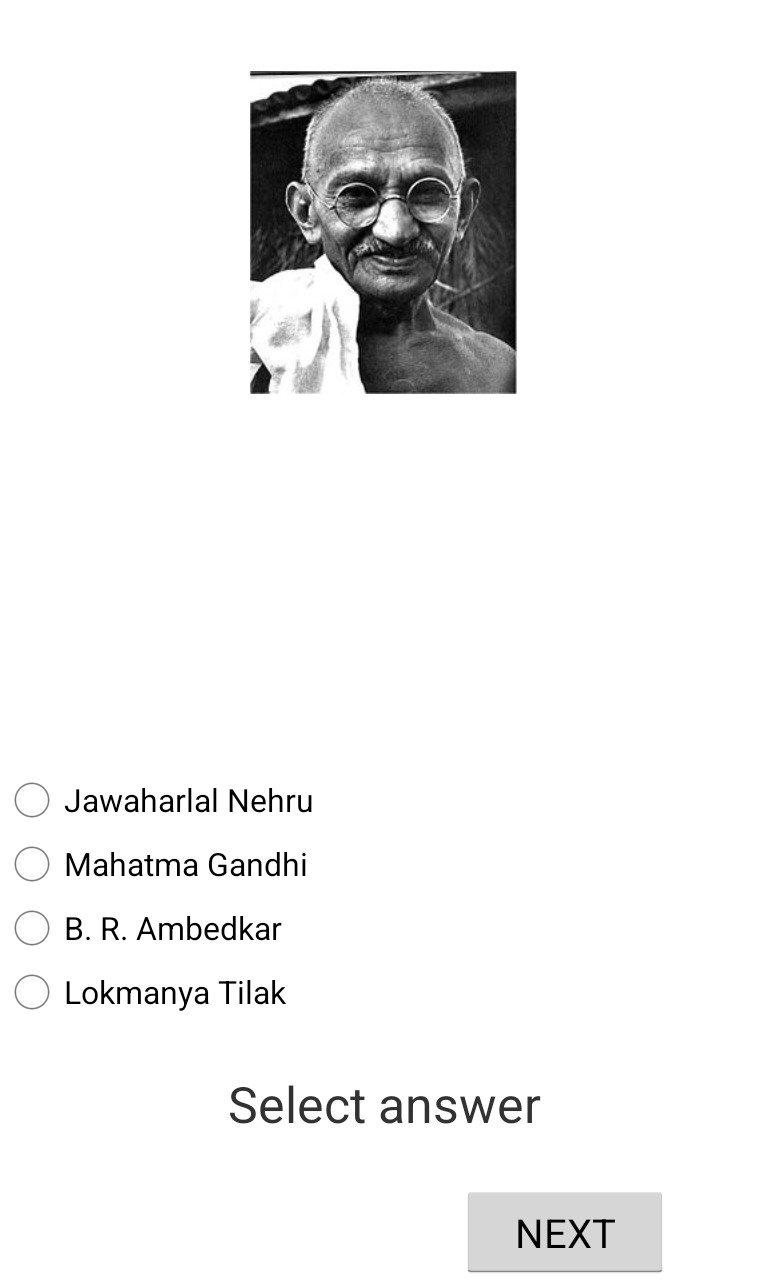
Repository: rupaligarje123/aakash
Layout: androidphotoquiz/FunChem1/photoquiz/res/layout/que4.xml
The author's editor kept a copy of each file at every save. The layout is drawn from the files as they stood at one save, then again after a run of saves.
It is drawn on a 768 x 1280 px phone screen (xhdpi) without system bars, with theme AppTheme; the app's code is not run.

Above is the layout before, as saved 2013-04-18 10:29:56.

After the next 2 saves:
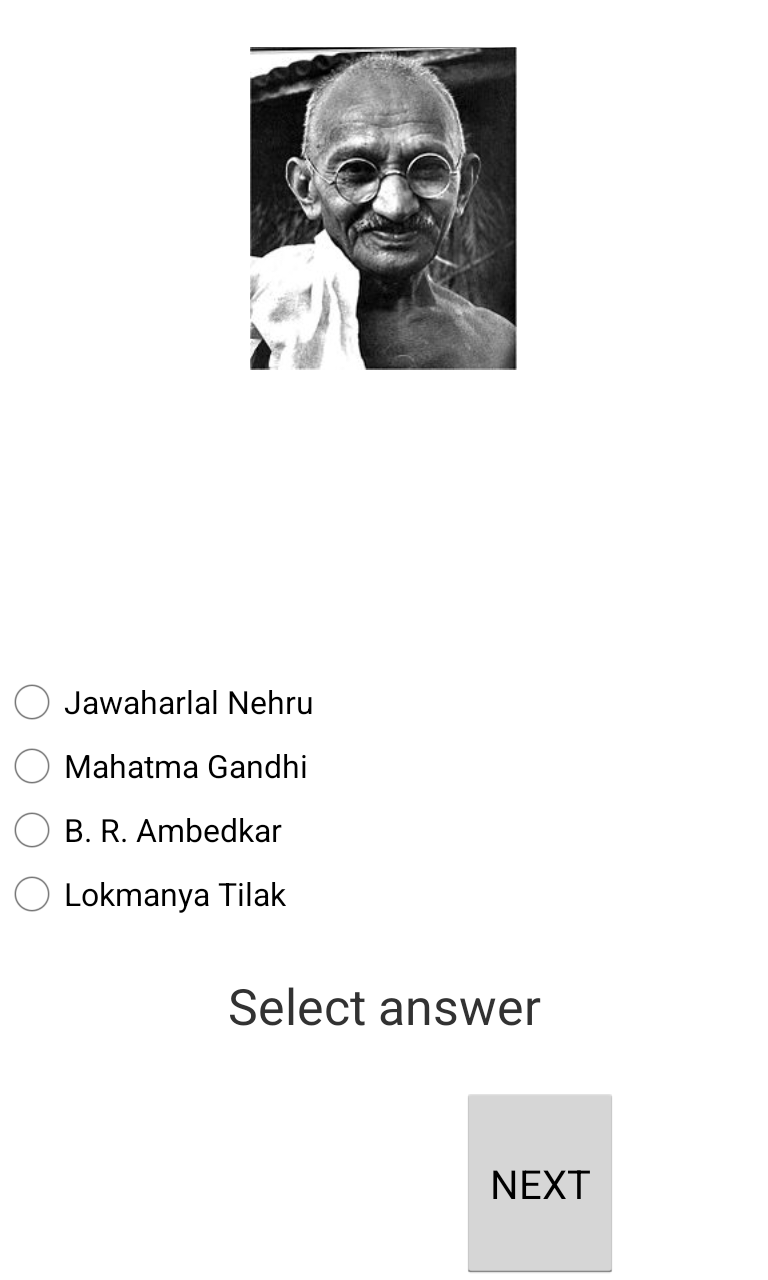
The 2 saves are shown as one change because 1 did not build or start.
The last was saved 110 s later.
--- a/androidphotoquiz/FunChem1/photoquiz/res/layout/que4.xml
+++ b/androidphotoquiz/FunChem1/photoquiz/res/layout/que4.xml
@@ -67,11 +67,13 @@
     android:textSize="25sp" />
 
 <Button
-    android:id="@+id/bn4"
-    android:layout_width="105dp"
-    android:layout_height="wrap_content"
-    android:layout_marginLeft="230sp"
-    android:text="NEXT"
-    android:textSize="20sp" />
+   android:id="@+id/bn4"
+        android:layout_width="80sp"
+        android:layout_height="50sp"
+        android:layout_weight="1"
+        android:text="NEXT"
+        android:textSize="20sp"
+        android:layout_marginLeft="230sp"
+        />
 
 </LinearLayout>
